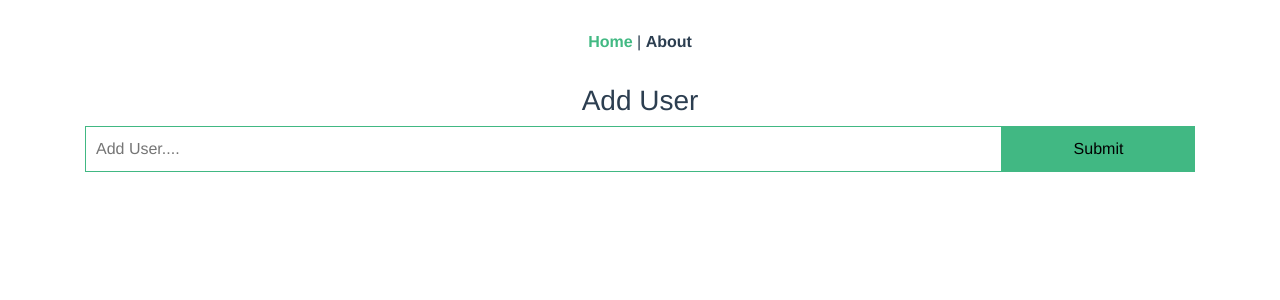
Repository: AbonyiXavier/consuming-User-Api
Page: /
The author's editor kept a copy of each file at every save. The page is drawn from the files as they stood at one save, then again after the next save.
The browser window is 1280 px wide. The pictures show the whole page.
The page's requests for data from a server got no answer. The project was rebuilt for these pictures with package versions that can differ from the ones it lists, and the page was loaded fresh each time. No one was signed in, and anything a server would have sent is missing.

Above is the page before, as saved 2020-03-28 18:41:13.

After the next save:
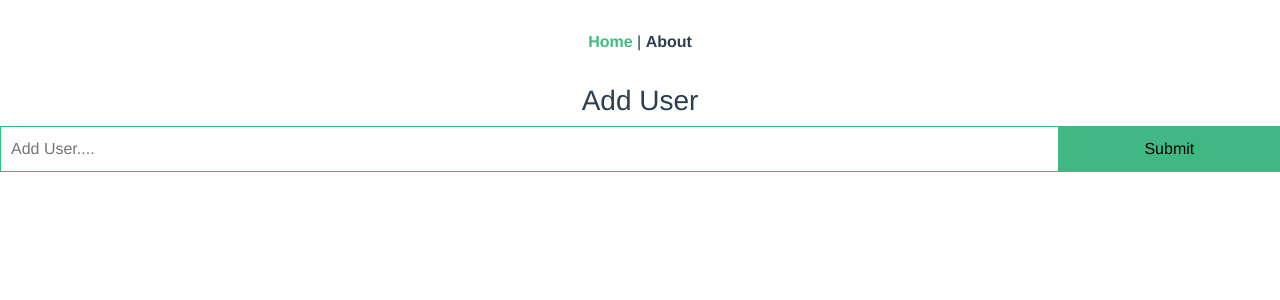
Saved 52 s later.
--- a/src/views/Home.vue
+++ b/src/views/Home.vue
@@ -1,5 +1,5 @@
 <template>
-  <div class="container">
+  <div class="containe">
     <div class="mb-3">
       <AddUser />
     </div>

After the save that followed:
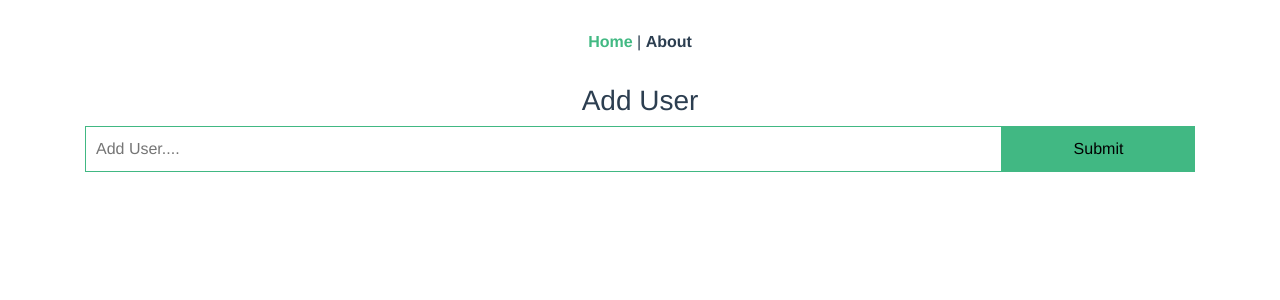
Saved 71 s later.
--- a/src/views/Home.vue
+++ b/src/views/Home.vue
@@ -1,5 +1,5 @@
 <template>
-  <div class="containe">
+  <div class="container">
     <div class="mb-3">
       <AddUser />
     </div>
@@ -29,11 +29,6 @@
 </script>
 
 <style scoped>
-/* .container {
-  max-width: 90%;
-  margin: 0px auto;
-  padding: 0px;
-} */
 .users {
   display: grid;
   grid-template-columns: repeat(3, 1fr);
